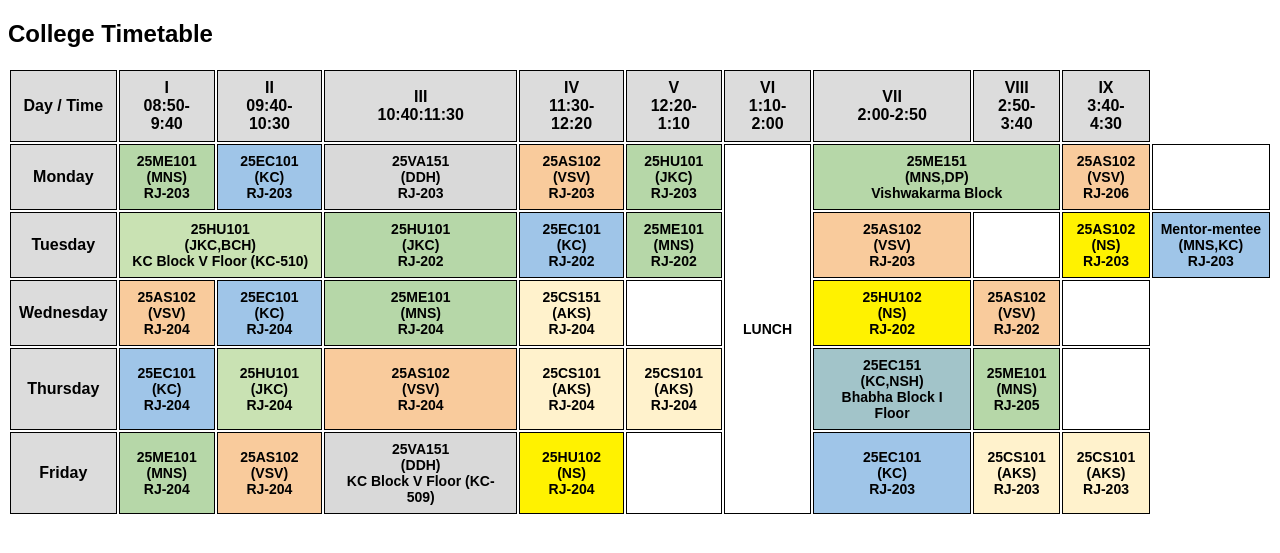
Repository: Glory998/ELCE1-32
Page: experiment3.html
These files come from the project's save history. The page is drawn as it stood at one moment and after the next save; the edit follows.
The browser window is 1280 px wide. The pictures show the whole page.

Above is the page before, as saved 2025-10-25 01:19:03.

### experiment3.html
<!DOCTYPE html>
<html lang="en">
    <head>
        <meta charset="UTF"-8>
        <meta name="viewport"
        content="width=device-width,
        initial-scale=1.0">
        <title>Class Timetable</title>
        <style>
            body {
                font-family: Arial, sans-serif;
                text-align: center
                background-color: #f9f9f9;
            }
            table {
                width: 100%
                border-collapse: collapse;
            margin: 20px auto;
            }
            th, td {
                border: 1px solid #000;
                padding: 8px;
                text-align: center;
            }
            th {
                background-color: #dcdcdc;
            }
            td {
                font-size: 14px;
                font-weight: bold;
            }
            /* Subject Color */
            .green { background-color:
                #b6d7a8; }  /* MNS */
                .blue { background-color:
                    #9fc5e8; }  /* KC */
                    .orange {  background-color:
            #f9cb9c; }  /* VSV */
            .yellow { background-color:
                #fff200; }  /* NS */
                .lightgreen { background-color:
                    #c9e2b3; }  /* Mentor/mentee */
                    .grey { background-color:
                        #d9d9d9; }  /* DDH */
                        .cream { background-color:
                            #fff2cc; }  /* AKS */
                            .lightblue { background-color:
                                #a2c4c9; }  /* Lab blocks */
                                </style>
                                </head>
                                <body>

                                    <h2>College Timetable</h2>

                                    <table>
                                        <tr>
                                            <th>Day / Time</th>
                                            <th>I<br>08:50-9:40</th>
                                            <th>II<br>09:40-10:30</th>
                                            <th>III<br>10:40:11:30</th>
                                            <th>IV<br>11:30-12:20</th>
                                            <th>V<br>12:20-1:10</th>
                                            <th>VI<br>1:10-2:00</th>
                                            <th>VII<br>2:00-2:50</th>
                                            <th>VIII<br>2:50-3:40</th>
                                            <th>IX<br>3:40-4:30</th>
                                            </tr>

                                            <tr>
                                                <th>Monday</th>
                                                <td
                                                class="green">25ME101<br>(MNS)<br>RJ-203</td>
                                                <td
                                                class="blue">25EC101<br>(KC)<br>RJ-203</td>
                                                <td
                                                class="grey">25VA151<br>(DDH)<br>RJ-203</td>
                                                <td
                                                class="orange">25AS102<br>(VSV)<br>RJ-203</td>
                                                <td
                                                class="green">25HU101<br>(JKC)<br>RJ-203</td>
                                                <td rowspan="5">LUNCH</td>
                                                <td colspan="2"
                                                class="green">25ME151<br>(MNS,DP)<br>Vishwakarma Block</td>
                                                <td
                                                class="orange">25AS102<br>(VSV)<br>RJ-206</td>
                                                <td></td>
                                                </tr>

                                                <tr>
                                                <th>Tuesday</th>
                                                <td colspan="2"
                                                class="lightgreen">25HU101<br>(JKC,BCH)<br>KC Block V Floor (KC-510)</td>
                                                <td
                                                class="green">25HU101<br>(JKC)<br>RJ-202</td>
                                                <td
                                                class="blue">25EC101<br>(KC)<br>RJ-202</td>
                                                <td
                                                class="green">25ME101<br>(MNS)<br>RJ-202</td>
                                                <td
                                                class="orange">25AS102<br>(VSV)<br>RJ-203</td>
                                            <td></td>
                                            <td
                                            class="yellow">25AS102<br>(NS)<br>RJ-203</td>
                                            <td
                                            class="blue">Mentor-mentee<br>(MNS,KC)<br>RJ-203</td>
                                            </tr>

                                            <tr>
                                                <th>Wednesday</th>
                                                <td
                                                class="orange">25AS102<br>(VSV)<br>RJ-204</td>
                                                <td
                                                class="blue">25EC101<br>(KC)<br>RJ-204</td>
                                                <td
                                                class="green">25ME101<br>(MNS)<br>RJ-204</td>
                                                <td
                                                class="cream">25CS151<br>(AKS)<br>RJ-204</td>
                                                <td></td>
                                                <td
                                                class="yellow">25HU102<br>(NS)<br>RJ-202</td>
                                                <td
                                                class="orange">25AS102<br>(VSV)<br>RJ-202</td>
                                                <td></td>
                                                </tr>
                                                <th>Thursday</th>
                                                <td
                                                class="blue">25EC101<br>(KC)<br>RJ-204</td>
                                                <td
                                                class="lightgreen">25HU101<br>(JKC)<br>RJ-204</td>
                                                <td
                                                class="orange">25AS102<br>(VSV)<br>RJ-204</td>
                                                <td
                                                class="cream">25CS101<br>(AKS)<br>RJ-204</td>
                                                <td
                                                class="cream">25CS101<br>(AKS)<br>RJ-204</td>
                                                <td
                                                class="lightblue">25EC151<br>(KC,NSH)<br>Bhabha Block I Floor</td>
                                                <td
                                                class="green">25ME101<br>(MNS)<br>RJ-205</td>
                                                <td></td>
                                            </tr>

                                            <tr>
                                                <th>Friday</th>
                                                <td
                                                class="green">25ME101<br>(MNS)<br>RJ-204</td>
                                                <td
                                                class="orange">25AS102<br>(VSV)<br>RJ-204</td>
                                                <tD
                                                class="grey">25VA151<br>(DDH)<br>KC Block V Floor (KC-509)</td>
                                                <td
                                                class="yellow">25HU102<br>(NS)<br>RJ-204</td>
                                                <td></td>
                                                <td
                                                class="blue">25EC101<br>(KC)<br>RJ-203</td>
                                                <td
                                                class="cream">25CS101<br>(AKS)<br>RJ-203</td>
                                                <td
                                                class="cream">25CS101<br>(AKS)<br>RJ-203</td>
                                                </tr>
                                                </table>

                                            </body>
                                            </html>

After the next save:
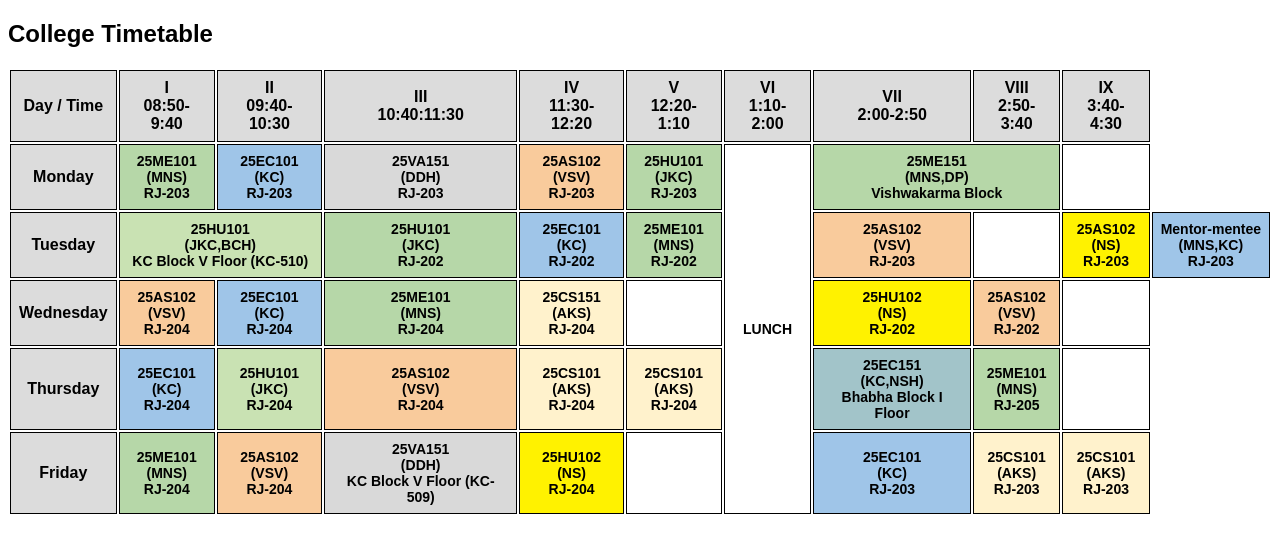
Saved 67 s later.
--- a/experiment3.html
+++ b/experiment3.html
@@ -81,10 +81,8 @@
                                                 <td rowspan="5">LUNCH</td>
                                                 <td colspan="2"
                                                 class="green">25ME151<br>(MNS,DP)<br>Vishwakarma Block</td>
-                                                <td
-                                                class="orange">25AS102<br>(VSV)<br>RJ-206</td>
                                                 <td></td>
-                                                </tr>
+                                             </tr>
 
                                                 <tr>
                                                 <th>Tuesday</th>

After the save that followed:
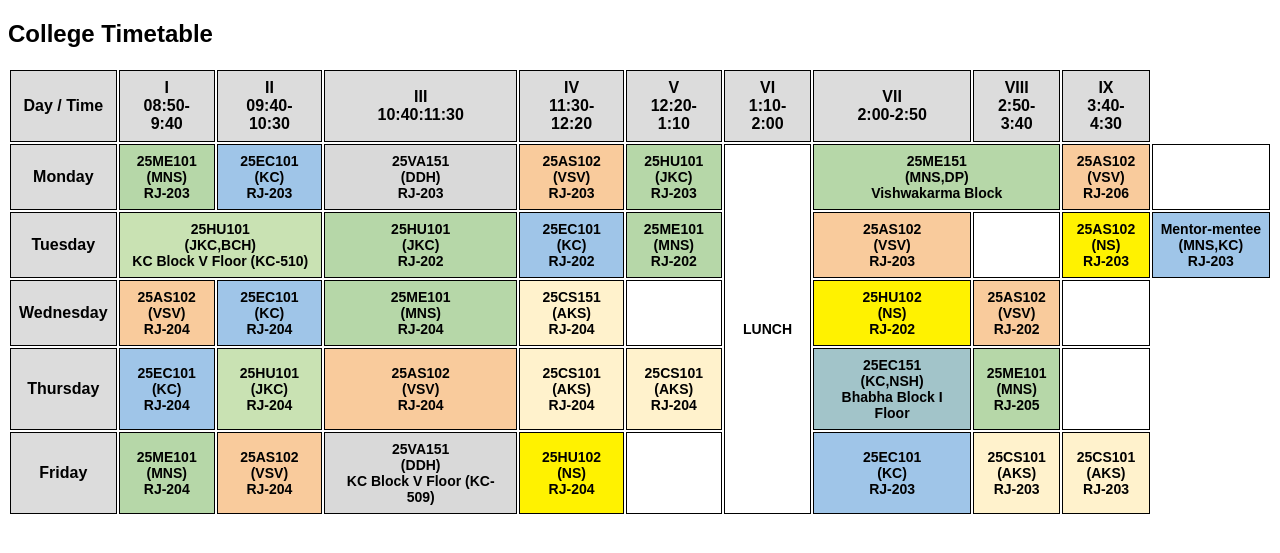
Saved 2 min 9 s later.
--- a/experiment3.html
+++ b/experiment3.html
@@ -81,6 +81,8 @@
                                                 <td rowspan="5">LUNCH</td>
                                                 <td colspan="2"
                                                 class="green">25ME151<br>(MNS,DP)<br>Vishwakarma Block</td>
+                                                <td
+                                                class="orange">25AS102<br>(VSV)<br>RJ-206</td>
                                                 <td></td>
                                              </tr>
 
